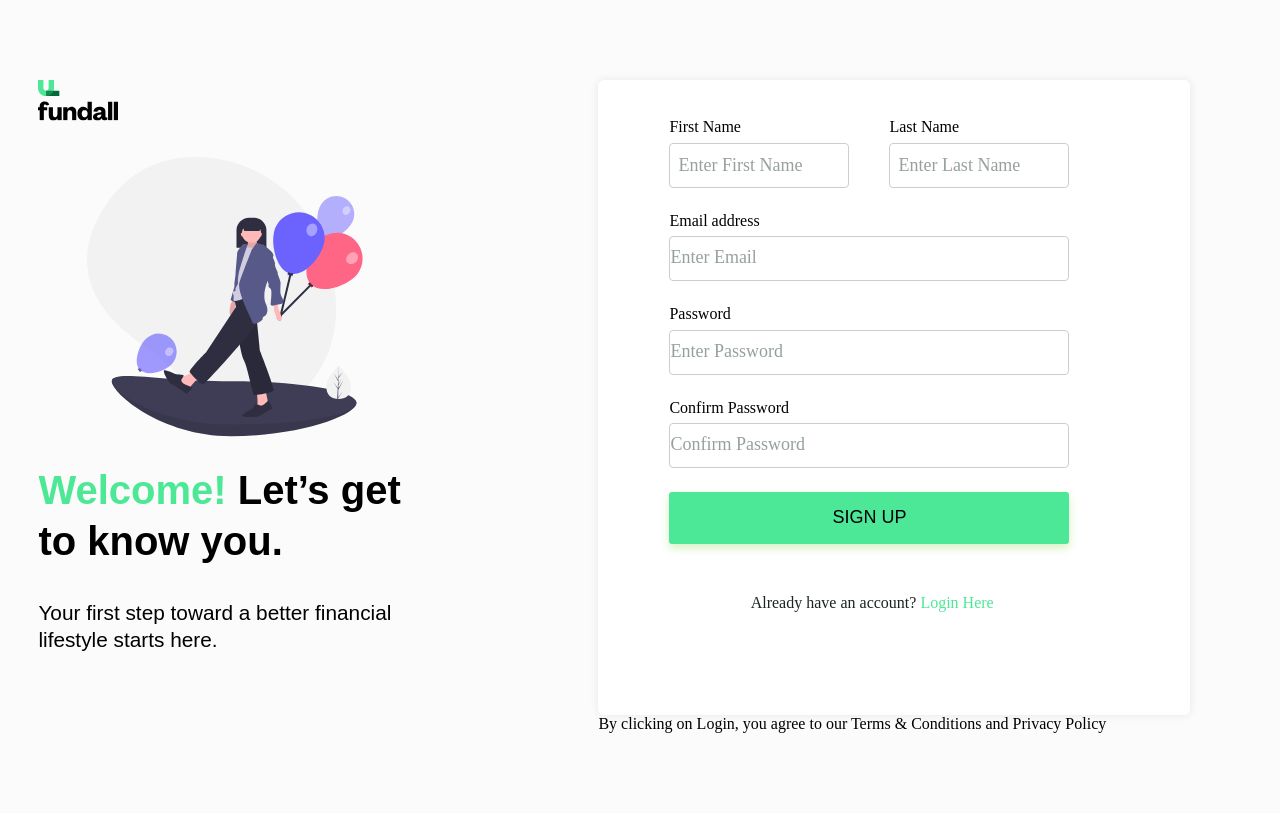
Repository: nilesjamex/niffty
Page: /signup
An editor plug-in stored every save of this project. The page is shown before and after the next save, followed by the edit.
The browser window is 1280 px wide. The pictures show the whole page.
The project was rebuilt for these pictures with package versions that can differ from the ones it lists, and the page was loaded fresh each time. Also part of the build but not shown: src/components/Nav.vue, src/views/Home.vue.

Above is the page before, as saved 2022-04-16 19:33:05.

After the next save:
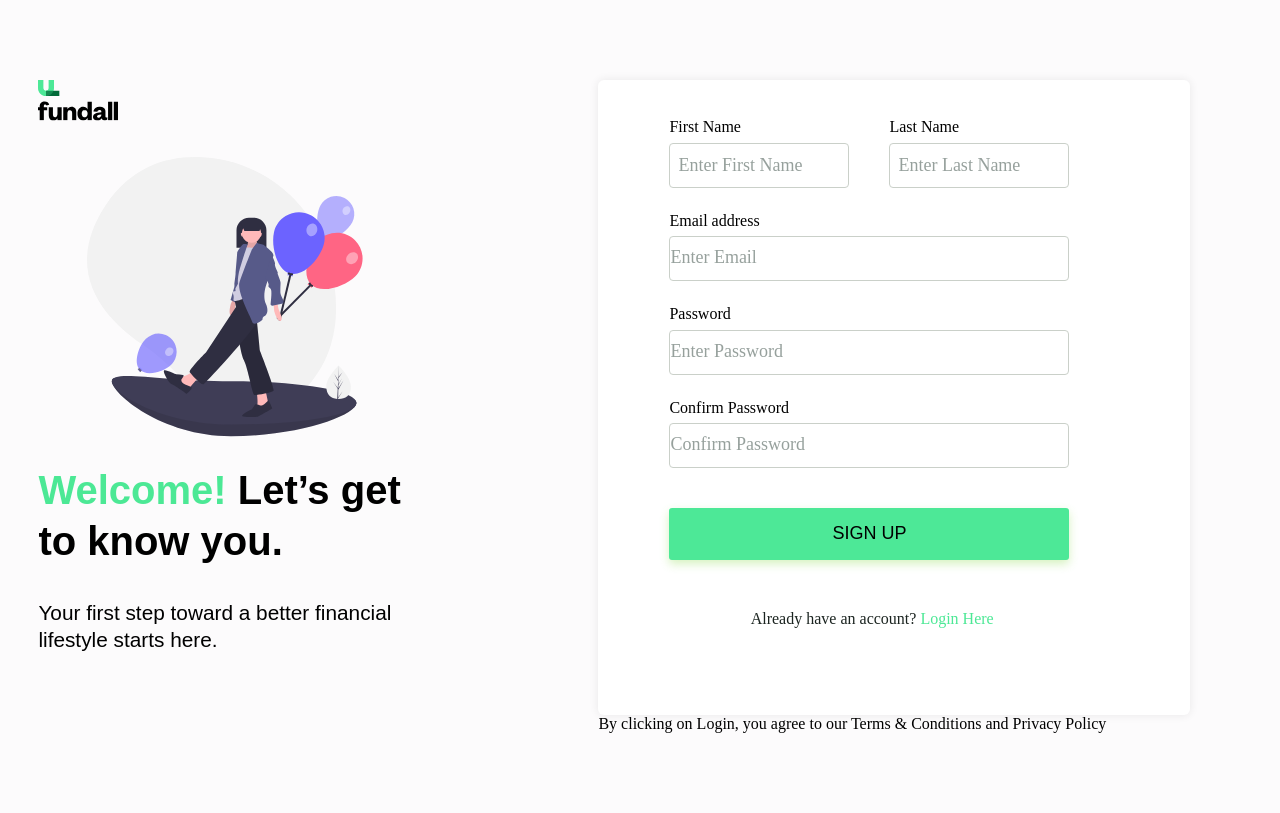
Saved 39 s later.
--- a/src/views/SignUp.vue
+++ b/src/views/SignUp.vue
@@ -154,7 +154,7 @@ label {
     }
 }
 button {
-    margin: 1rem 0;
+    margin: 2.5rem 0;
 }
 .signup--form--login {
     margin: 3rem auto 0 auto;
